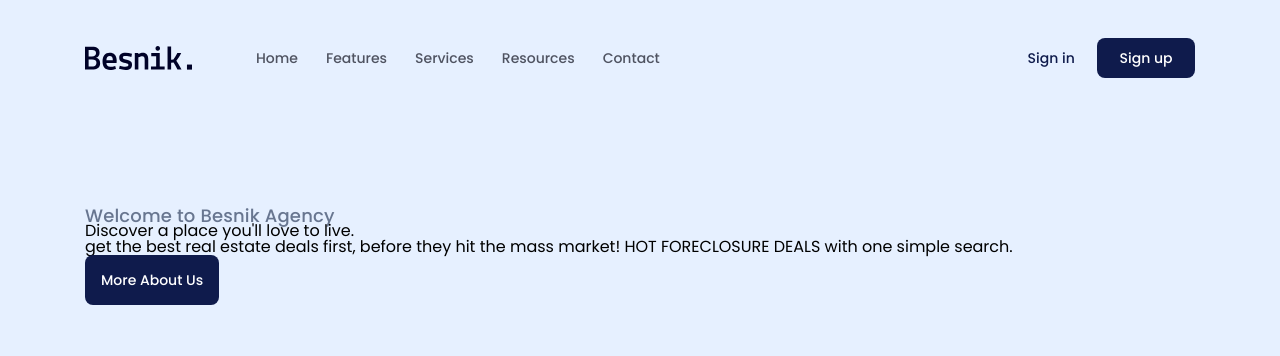
Repository: vancong171001/f8-html-css-01
Page: index.html
These files come from the project's save history. The page is drawn as it stood at one moment and after a run of saves; the edit follows.
The browser window is 1280 px wide. The pictures show the whole page.

Above is the page before, as saved 2025-02-18 16:25:26.

After the next 2 saves:
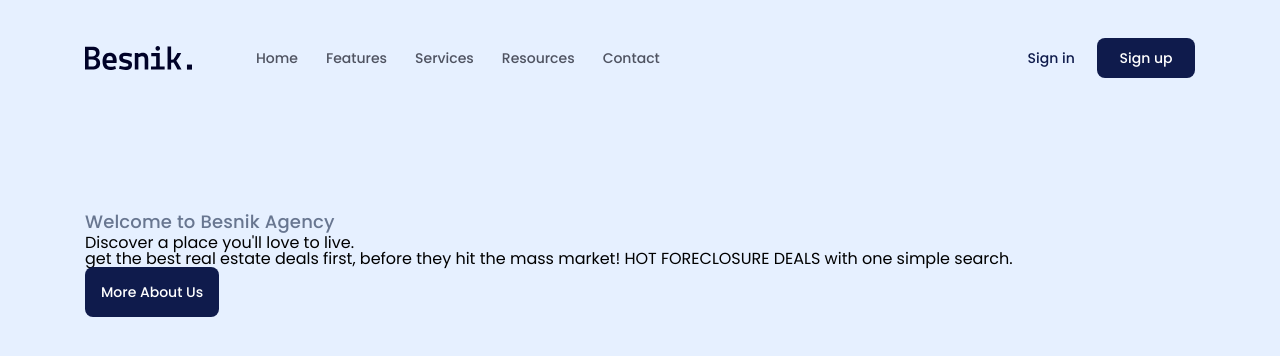
The 2 saves are shown as one change because they came seconds apart.
The last was saved 2 min 3 s later.
--- a/assets/css/styles.css
+++ b/assets/css/styles.css
@@ -94,6 +94,8 @@
   color: #687690;
   font-size: 1.8rem;
   font-weight: 500;
-  line-height: 1.5rem;
+  line-height: 1.5;
   letter-spacing: 0.01em;
 }
+
+.
